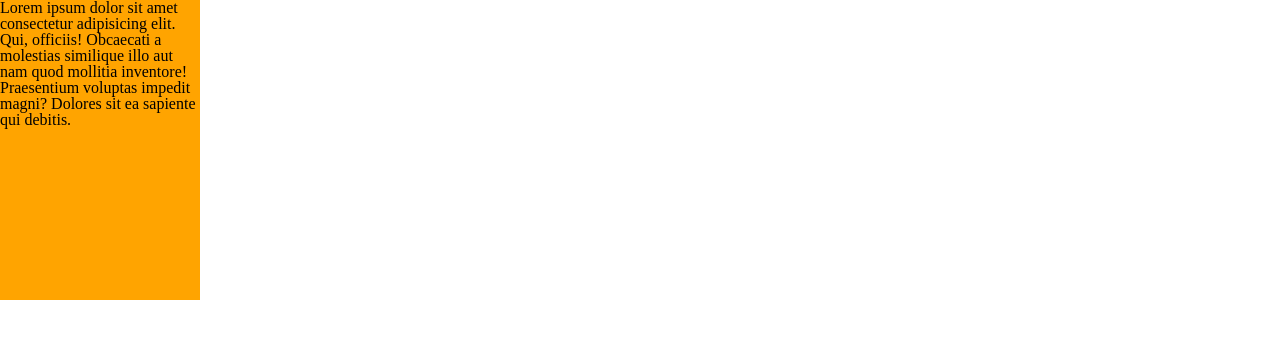
Repository: ThanhPhongsof/Css-Course
Page: index.html
These files come from the project's save history. The page is drawn as it stood at one moment and after the next save; the edit follows.
The browser window is 1280 px wide. The pictures show the whole page.

Above is the page before, as saved 2022-05-15 10:19:58.

### index.html
<!DOCTYPE html>
<html lang="en">
  <head>
    <meta charset="UTF-8" />
    <meta http-equiv="X-UA-Compatible" content="IE=edge" />
    <meta name="viewport" content="width=device-width, initial-scale=1.0" />
    <title>Document</title>
    <link rel="stylesheet" href="./reset.css" />
    <link rel="stylesheet" href="./styles.css" />
  </head>
  <body>
    <div class="box">
      Lorem ipsum dolor sit amet consectetur adipisicing elit. Qui, officiis!
      Obcaecati a molestias similique illo aut nam quod mollitia inventore!
      Praesentium voluptas impedit magni? Dolores sit ea sapiente qui debitis.
    </div>
  </body>
</html>

### styles.css
.box {
  width: 200px;
  height: 300px;
  background-color: #ffa400;
  color: #000;
  border-style: 2px solid yellow;
}

Loaded but not shown: reset.css (common file)

After the next save:
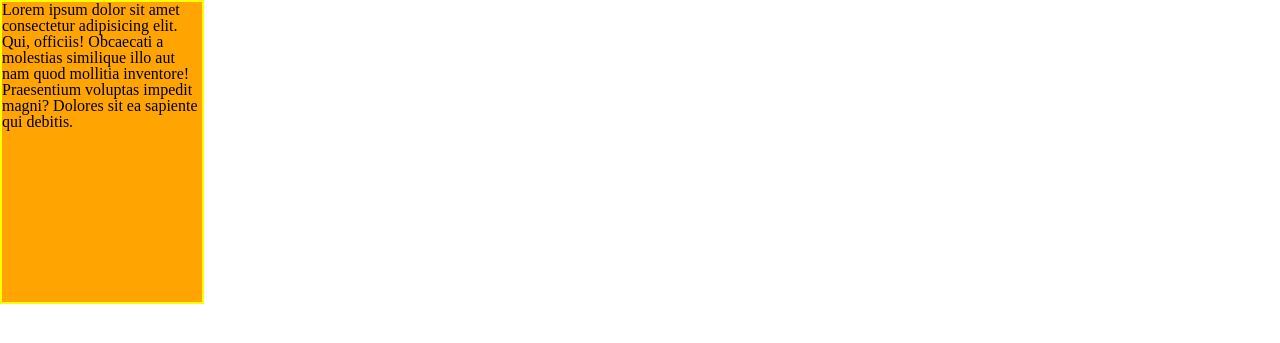
Saved 6 s later.
--- a/styles.css
+++ b/styles.css
@@ -3,5 +3,5 @@
   height: 300px;
   background-color: #ffa400;
   color: #000;
-  border-style: 2px solid yellow;
+  border: 2px solid yellow;
 }
